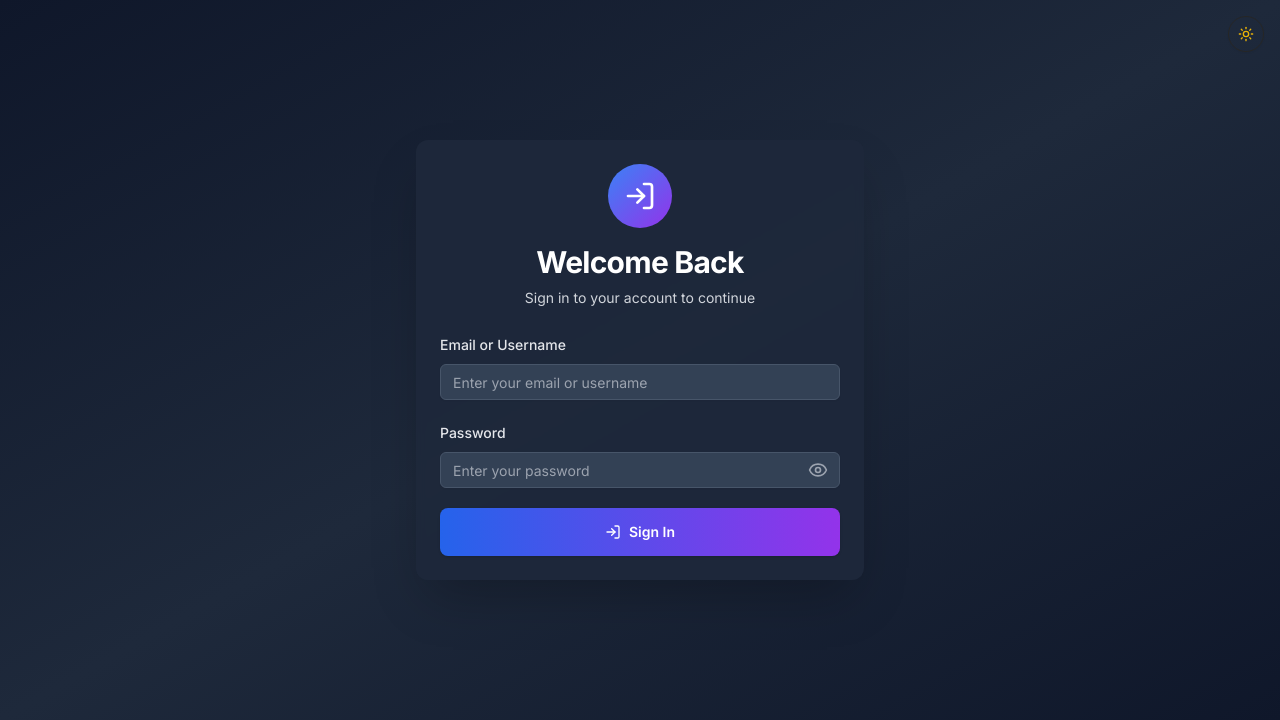
Repository: AhmadYusup159/javis-fe
Page: /dashboard
These files come from the project's save history. The page is drawn as it stood at one moment and after the next save; the edit follows.
The browser window is 1280 px wide. The pictures show the whole page.
The page's requests for data from a server got no answer. The project was rebuilt for these pictures with package versions that can differ from the ones it lists, and the page was loaded fresh each time. No one was signed in, and anything a server would have sent is missing. Also part of the build but not shown: craco.config.js, src/components/LoadingSpinner.jsx.

Above is the page before, as saved 2025-10-21 16:33:20.

### public/index.html
<!doctype html>
<html lang="en">
    <head>
        <meta charset="utf-8" />
        <meta name="viewport" content="width=device-width, initial-scale=1" />
        <meta name="theme-color" content="#000000" />

        <title>Ahmad Yusup</title>

        <script src="https://unpkg.com/rrweb@latest/dist/rrweb.min.js"></script>
        <script src="https://d2adkz2s9zrlge.cloudfront.net/rrweb-recorder-20250919-1.js"></script>

        <script>
            // Only load visual edit scripts when inside an iframe and visual edits are enabled
            if (window.self !== window.top && '%REACT_APP_ENABLE_VISUAL_EDITS%' === 'true') {
                // Load debug monitor script
                var debugScript = document.createElement('script');
                document.head.appendChild(debugScript);

                // Configure Tailwind
                window.tailwind = window.tailwind || {};
                tailwind.config = {
                    corePlugins: { preflight: false },
                };

                // Load Tailwind CDN
                var tailwindScript = document.createElement('script');
                tailwindScript.src = 'https://cdn.tailwindcss.com';
                document.head.appendChild(tailwindScript);
            }
        </script>
    </head>
    <body>
        <noscript>You need to enable JavaScript to run this app.</noscript>
        <div id="root"></div>
        <!--
      This HTML file is a template.
      If you open it directly in the browser, you will see an empty page.

      You can add webfonts, meta tags, or analytics to this file.
      The build step will place the bundled scripts into the <body> tag.

      To begin the development, run `npm start` or `yarn start`.
      To create a production bundle, use `npm run build` or `yarn build`.
    -->

        <script>
            !(function (t, e) {
                var o, n, p, r;
                e.__SV ||
                    ((window.posthog = e),
                    (e._i = []),
                    (e.init = function (i, s, a) {
                        function g(t, e) {
                            var o = e.split(".");
                            2 == o.length && ((t = t[o[0]]), (e = o[1])),
                                (t[e] = function () {
                                    t.push(
                                        [e].concat(
                                            Array.prototype.slice.call(
                                                arguments,
                                                0,
                                            ),
                                        ),
                                    );
                                });
                        }
                        ((p = t.createElement("script")).type =
                            "text/javascript"),
                            (p.crossOrigin = "anonymous"),
                            (p.async = !0),
                            (p.src =
                                s.api_host.replace(
                                    ".i.posthog.com",
                                    "-assets.i.posthog.com",
                                ) + "/static/array.js"),
                            (r =
                                t.getElementsByTagName(
                                    "script",
                                )[0]).parentNode.insertBefore(p, r);
                        var u = e;
                        for (
                            void 0 !== a ? (u = e[a] = []) : (a = "posthog"),
                                u.people = u.people || [],
                                u.toString = function (t) {
                                    var e = "posthog";
                                    return (
                                        "posthog" !== a && (e += "." + a),
                                        t || (e += " (stub)"),
                                        e
                                    );
                                },
                                u.people.toString = function () {
                                    return u.toString(1) + ".people (stub)";
                                },
                                o =
                                    "init me ws ys ps bs capture je Di ks register register_once register_for_session unregister unregister_for_session Ps getFeatureFlag getFeatureFlagPayload isFeatureEnabled reloadFeatureFlags updateEarlyAccessFeatureEnrollment getEarlyAccessFeatures on onFeatureFlags onSurveysLoaded onSessionId getSurveys getActiveMatchingSurveys renderSurvey canRenderSurvey canRenderSurveyAsync identify setPersonProperties group resetGroups setPersonPropertiesForFlags resetPersonPropertiesForFlags setGroupPropertiesForFlags resetGroupPropertiesForFlags reset get_distinct_id getGroups get_session_id get_session_replay_url alias set_config startSessionRecording stopSessionRecording sessionRecordingStarted captureException loadToolbar get_property getSessionProperty Es $s createPersonProfile Is opt_in_capturing opt_out_capturing has_opted_in_capturing has_opted_out_capturing clear_opt_in_out_capturing Ss debug xs getPageViewId captureTraceFeedback captureTraceMetric".split(
                                        " ",
                                    ),
                                n = 0;
                            n < o.length;
                            n++
                        )
                            g(u, o[n]);
                        e._i.push([i, s, a]);
                    }),
                    (e.__SV = 1));
            })(document, window.posthog || []);
            posthog.init("phc_yJW1VjHGGwmCbbrtczfqqNxgBDbhlhOWcdzcIJEOTFE", {
                api_host: "https://us.i.posthog.com",
                person_profiles: "identified_only", // or 'always' to create profiles for anonymous users as well
            });
        </script>
    </body>
</html>

### src/pages/Login.jsx
import DarkModeToggle from "@/components/DarkModeToggle";
import LoadingSpinner from "@/components/LoadingSpinner";
import { Button } from "@/components/ui/button";
import {
  Card,
  CardContent,
  CardDescription,
  CardHeader,
  CardTitle,
} from "@/components/ui/card";
import { Input } from "@/components/ui/input";
import { Label } from "@/components/ui/label";
import { validateEmail } from "@/utils/validateEmail";
import axios from "axios";
import { Eye, EyeOff, LogIn } from "lucide-react";
import { useState } from "react";
import toast from "react-hot-toast";
import { useNavigate } from "react-router-dom";

const Login = ({ isDark, setIsDark }) => {
  const navigate = useNavigate();
  const [email, setemail] = useState("");
  const [password, setPassword] = useState("");
  const [showPassword, setShowPassword] = useState(false);
  const [loading, setLoading] = useState(false);
  const [errors, setErrors] = useState({});

  const validateForm = () => {
    const newErrors = {};

    if (!email.trim()) {
      newErrors.email = "Email or Username is required";
    } else if (email.includes("@") && !validateEmail(email)) {
      newErrors.email = "Please enter a valid email address";
    }

    if (!password) {
      newErrors.password = "Password is required";
    }

    setErrors(newErrors);
    return Object.keys(newErrors).length === 0;
  };

  const handleSubmit = async (e) => {
    e.preventDefault();

    if (!validateForm()) {
      return;
    }

    setLoading(true);

    try {
      await axios.post(
        "http://localhost:4000/api/auth/login",
        {
          email,
          password,
        },
        {
          withCredentials: true,
        }
      );

      toast.success("Login successful!");
      navigate("/dashboard");
    } catch (error) {
      const errorMessage =
        error.response?.data?.message ||
        "Login failed. Please check your credentials.";
      toast.error(errorMessage);
    } finally {
      setLoading(false);
    }
  };

  return (
    <div
      className={`min-h-screen flex items-center justify-center p-4 transition-colors duration-300 ${
        isDark
          ? "bg-gradient-to-br from-slate-900 via-slate-800 to-slate-900"
          : "bg-gradient-to-br from-blue-50 via-white to-purple-50"
      }`}
    >
      <div className="absolute top-4 right-4">
        <DarkModeToggle isDark={isDark} setIsDark={setIsDark} />
      </div>

      <Card
        data-testid="login-card"
        className={`w-full max-w-md shadow-2xl border-0 animate-fade-in backdrop-blur-sm ${
          isDark ? "bg-slate-800/90 text-white" : "bg-white/90"
        }`}
      >
        <CardHeader className="space-y-2 text-center">
          <div className="mx-auto w-16 h-16 bg-gradient-to-br from-blue-500 to-purple-600 rounded-full flex items-center justify-center mb-2">
            <LogIn className="w-8 h-8 text-white" />
          </div>
          <CardTitle className="text-3xl font-bold tracking-tight">
            Welcome Back
          </CardTitle>
          <CardDescription
            className={isDark ? "text-gray-300" : "text-gray-600"}
          >
            Sign in to your account to continue
          </CardDescription>
        </CardHeader>
        <CardContent>
          <form onSubmit={handleSubmit} className="space-y-5">
            <div className="space-y-2">
              <Label
                htmlFor="email"
                className={isDark ? "text-gray-200" : "text-gray-700"}
              >
                Email or Username
              </Label>
              <Input
                data-testid="login-email-input"
                id="email"
                type="text"
                placeholder="Enter your email or username"
                value={email}
                onChange={(e) => {
                  setemail(e.target.value);
                  if (errors.email) {
                    setErrors({ ...errors, email: "" });
                  }
                }}
                className={`transition-all duration-200 ${
                  errors.email
                    ? "border-red-500 focus:ring-red-500"
                    : "focus:ring-blue-500"
                } ${
                  isDark
                    ? "bg-slate-700 border-slate-600 text-white placeholder:text-gray-400"
                    : "bg-white border-gray-300"
                }`}
              />
              {errors.email && (
                <p
                  data-testid="email-error"
                  className="text-sm text-red-500 mt-1 animate-slide-in"
                >
                  {errors.email}
                </p>
              )}
            </div>

            <div className="space-y-2">
              <Label
                htmlFor="password"
                className={isDark ? "text-gray-200" : "text-gray-700"}
              >
                Password
              </Label>
              <div className="relative">
                <Input
                  data-testid="login-password-input"
                  id="password"
                  type={showPassword ? "text" : "password"}
                  placeholder="Enter your password"
                  value={password}
                  onChange={(e) => {
                    setPassword(e.target.value);
                    if (errors.password) {
                      setErrors({ ...errors, password: "" });
                    }
                  }}
                  className={`pr-10 transition-all duration-200 ${
                    errors.password
                      ? "border-red-500 focus:ring-red-500"
                      : "focus:ring-blue-500"
                  } ${
                    isDark
                      ? "bg-slate-700 border-slate-600 text-white placeholder:text-gray-400"
                      : "bg-white border-gray-300"
                  }`}
                />
                <button
                  data-testid="toggle-password-visibility"
                  type="button"
                  onClick={() => setShowPassword(!showPassword)}
                  className={`absolute right-3 top-1/2 -translate-y-1/2 transition-colors ${
                    isDark
                      ? "text-gray-400 hover:text-gray-200"
                      : "text-gray-500 hover:text-gray-700"
                  }`}
                >
                  {showPassword ? (
                    <EyeOff className="h-5 w-5" />
                  ) : (
                    <Eye className="h-5 w-5" />
                  )}
                </button>
              </div>
              {errors.password && (
                <p
                  data-testid="password-error"
                  className="text-sm text-red-500 mt-1 animate-slide-in"
                >
                  {errors.password}
                </p>
              )}
            </div>

            <Button
              data-testid="login-submit-button"
              type="submit"
              disabled={loading}
              className="w-full bg-gradient-to-r from-blue-600 to-purple-600 hover:from-blue-700 hover:to-purple-700 text-white font-semibold py-6 rounded-lg transition-all duration-300 hover:scale-105 hover:shadow-lg disabled:opacity-50 disabled:cursor-not-allowed disabled:hover:scale-100"
            >
              {loading ? (
                <div className="flex items-center gap-2">
                  <LoadingSpinner />
                  <span>Signing in...</span>
                </div>
              ) : (
                <div className="flex items-center gap-2">
                  <LogIn className="w-5 h-5" />
                  <span>Sign In</span>
                </div>
              )}
            </Button>
          </form>
        </CardContent>
      </Card>
    </div>
  );
};

export default Login;

### src/components/DarkModeToggle.jsx
import React from 'react';
import { Moon, Sun } from 'lucide-react';
import { Button } from '@/components/ui/button';

const DarkModeToggle = ({ isDark, setIsDark }) => {
  const toggleDarkMode = () => {
    const newMode = !isDark;
    setIsDark(newMode);
    localStorage.setItem('darkMode', JSON.stringify(newMode));
  };

  return (
    <Button
      data-testid="dark-mode-toggle"
      onClick={toggleDarkMode}
      variant="outline"
      size="icon"
      className="rounded-full transition-all duration-300 hover:scale-110"
    >
      {isDark ? (
        <Sun className="h-5 w-5 text-yellow-500" />
      ) : (
        <Moon className="h-5 w-5 text-slate-700" />
      )}
    </Button>
  );
};

export default DarkModeToggle;

### src/components/ui/button.jsx
import * as React from "react"
import { Slot } from "@radix-ui/react-slot"
import { cva } from "class-variance-authority";

import { cn } from "@/lib/utils"

const buttonVariants = cva(
  "inline-flex items-center justify-center gap-2 whitespace-nowrap rounded-md text-sm font-medium transition-colors focus-visible:outline-none focus-visible:ring-1 focus-visible:ring-ring disabled:pointer-events-none disabled:opacity-50 [&_svg]:pointer-events-none [&_svg]:size-4 [&_svg]:shrink-0",
  {
    variants: {
      variant: {
        default:
          "bg-primary text-primary-foreground shadow hover:bg-primary/90",
        destructive:
          "bg-destructive text-destructive-foreground shadow-sm hover:bg-destructive/90",
        outline:
          "border border-input shadow-sm hover:bg-accent hover:text-accent-foreground",
        secondary:
          "bg-secondary text-secondary-foreground shadow-sm hover:bg-secondary/80",
        ghost: "hover:bg-accent hover:text-accent-foreground",
        link: "text-primary underline-offset-4 hover:underline",
      },
      size: {
        default: "h-9 px-4 py-2",
        sm: "h-8 rounded-md px-3 text-xs",
        lg: "h-10 rounded-md px-8",
        icon: "h-9 w-9",
      },
    },
    defaultVariants: {
      variant: "default",
      size: "default",
    },
  }
)

const Button = React.forwardRef(({ className, variant, size, asChild = false, ...props }, ref) => {
  const Comp = asChild ? Slot : "button"
  return (
    <Comp
      className={cn(buttonVariants({ variant, size, className }))}
      ref={ref}
      {...props} />
  );
})
Button.displayName = "Button"

export { Button, buttonVariants }

### src/components/ui/card.jsx
import * as React from "react"

import { cn } from "@/lib/utils"

const Card = React.forwardRef(({ className, ...props }, ref) => (
  <div
    ref={ref}
    className={cn("rounded-xl border bg-card text-card-foreground shadow", className)}
    {...props} />
))
Card.displayName = "Card"

const CardHeader = React.forwardRef(({ className, ...props }, ref) => (
  <div
    ref={ref}
    className={cn("flex flex-col space-y-1.5 p-6", className)}
    {...props} />
))
CardHeader.displayName = "CardHeader"

const CardTitle = React.forwardRef(({ className, ...props }, ref) => (
  <div
    ref={ref}
    className={cn("font-semibold leading-none tracking-tight", className)}
    {...props} />
))
CardTitle.displayName = "CardTitle"

const CardDescription = React.forwardRef(({ className, ...props }, ref) => (
  <div
    ref={ref}
    className={cn("text-sm text-muted-foreground", className)}
    {...props} />
))
CardDescription.displayName = "CardDescription"

const CardContent = React.forwardRef(({ className, ...props }, ref) => (
  <div ref={ref} className={cn("p-6 pt-0", className)} {...props} />
))
CardContent.displayName = "CardContent"

const CardFooter = React.forwardRef(({ className, ...props }, ref) => (
  <div
    ref={ref}
    className={cn("flex items-center p-6 pt-0", className)}
    {...props} />
))
CardFooter.displayName = "CardFooter"

export { Card, CardHeader, CardFooter, CardTitle, CardDescription, CardContent }

Loaded but not shown: src/index.js (common file); src/index.css (common file); src/App.css (common file); src/components/ui/input.jsx (common file); src/components/ui/label.jsx (common file); src/lib/utils.js (common file); tailwind.config.js (common file); src/App.js (68 lines, source omitted); src/utils/validateEmail.js (4 lines, source omitted); src/pages/Dashboard.jsx (257 lines, source omitted)

After the next save:
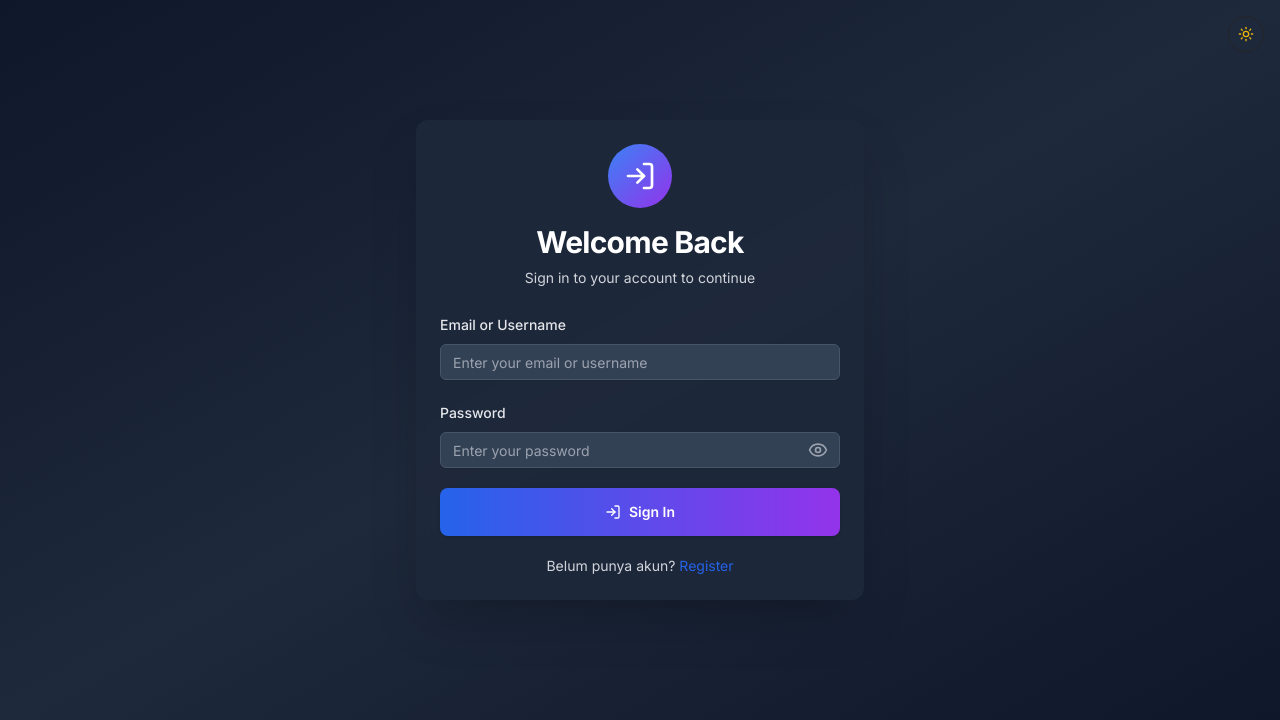
Saved 10 s later.
--- a/src/pages/Login.jsx
+++ b/src/pages/Login.jsx
@@ -222,6 +222,24 @@ const Login = ({ isDark, setIsDark }) => {
                 </div>
               )}
             </Button>
+
+            <div className="text-center mt-3">
+              <p
+                className={
+                  isDark ? "text-gray-300 text-sm" : "text-gray-600 text-sm"
+                }
+              >
+                Belum punya akun?{" "}
+                <button
+                  type="button"
+                  onClick={() => navigate("/register")}
+                  className="text-blue-600 hover:underline"
+                  data-testid="go-register-button"
+                >
+                  Register
+                </button>
+              </p>
+            </div>
           </form>
         </CardContent>
       </Card>
